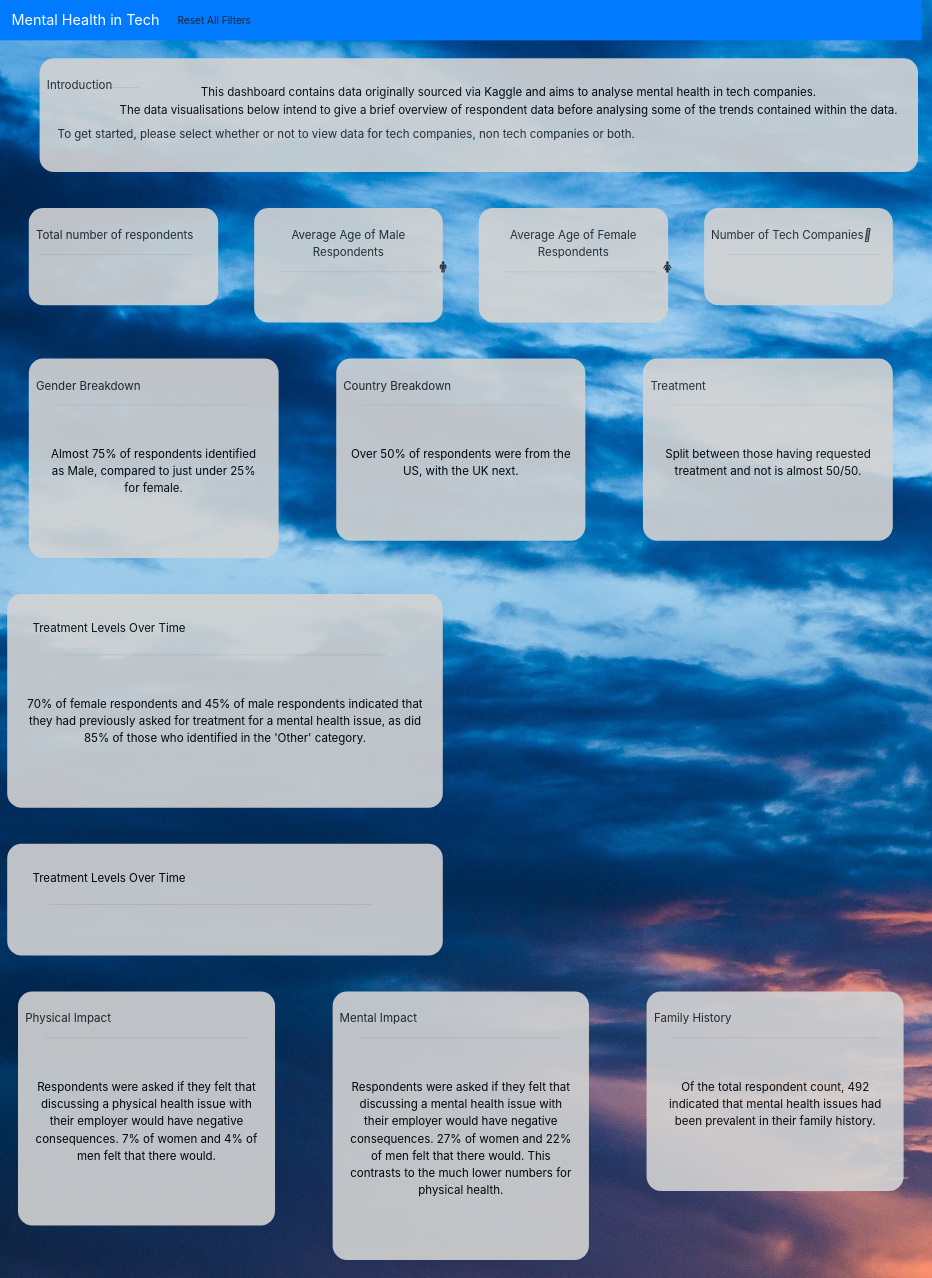
Repository: martingr1/mhdashboard
Page: index.html
The author's editor kept a record of every edit. The page is drawn from the files as they stood at one moment, then again after the next edit.
The browser window is 1280 px wide. The page is 1295 px wide, so the pictures cover 1295 px, including what lies to the right of the window. The pictures show the whole page, at 72% of full size.
Some web libraries are served in a nearby version.

Above is the page before.
Console error: SyntaxError: Function statements require a function name

### index.html
<html>

<head>

    <meta charset="UTF-8">
    <meta name="viewport" content="width=device-width, initial-scale=1.0">
    <meta http-equiv="X-UA-Compatible" content="ie=edge">
    <title>Mental Health in Tech</title>

    <link rel="stylesheet" href="https://stackpath.bootstrapcdn.com/bootstrap/4.3.1/css/bootstrap.min.css" integrity="sha384-ggOyR0iXCbMQv3Xipma34MD+dH/1fQ784/j6cY/iJTQUOhcWr7x9JvoRxT2MZw1T" crossorigin="anonymous">
    <link rel="stylesheet" href="static/css/dc.min.css" type="text/css" />
    <link rel="stylesheet" type="text/css" href="https://maxcdn.bootstrapcdn.com/font-awesome/4.7.0/css/font-awesome.min.css">
    <link rel="stylesheet" href="static/css/style.css" type="text/css" />


    <script type="text/javascript" src="static/js/d3.min.js"></script>
    <script type="text/javascript" src="static/js/crossfilter.min.js"></script>
    <script type="text/javascript" src="static/js/dc.min.js"></script>
    <script type="text/javascript" src="static/js/queue.min.js"></script>
    <script type="text/javascript" src="static/js/graph.js"></script>

</head>

<body class="background-image">

    <nav class="navbar navbar-expand-lg navbar-dark bg-primary">
        <a class="navbar-brand" href="#">Mental Health in Tech</a> <button id="reset_button" class="btn btn-sm btn-default">Reset<span class="hidden-xs"> All</span> Filters</button>
        </div>
    </nav>

    <section class="section container-fluid">
        <article class="article col-lg-12">
            <div class="row content-box">
                <div class="row">Introduction</div>
                <div>
                    <hr class="line">
                </div>
                <div class="row text-center">
                    <p class="chart-text">This dashboard contains data originally sourced via Kaggle and aims to analyse mental health in tech companies.<br> The data visualisations below intend to give a brief overview of respondent data before analysing some of the trends
                        contained within the data. </p>
                </div>
                <div class="" id="select_company">
                    <p class="">To get started, please select whether or not to view data for tech companies, non tech companies or both.</p>
                </div>
            </div>
        </article>
        <div class="row no-gutters">
            <article class="article col-xs-12 col-sm-6 col-lg-3">

                <div class="row no-gutters text-center">
                    <div class="row content-box">
                        <div class="row">
                            <div class="text-center">Total number of respondents</div>
                            <hr class="line">
                            <div class="row">
                                <div class="chart" id="respondents_display"></div>
                            </div>
                        </div>
                    </div>
                </div>
            </article>

            <article class="article col-xs-12 col-sm-6 col-lg-3">
                <div class="row no-gutters text-center">
                    <div class="row content-box">
                        <div class="row">
                            <div class="text-center">Average Age of Male Respondents</div>
                            <hr class="line">
                            <div class="row">
                                <i class="fa fa-male fa-gender" aria-hidden="true"></i>
                                <div class="age_display" id="average_age_male"></div>
                            </div>
                        </div>
                    </div>
                </div>
            </article>

            <article class="article col-xs-12 col-sm-6 col-lg-3">
                <div class="row no-gutters text-center">
                    <div class="row content-box">
                        <div class="row">
                            <div class="text-center">Average Age of Female Respondents</div>
                            <hr class="line">
                            <div class="row">
                                <i class="fa fa-female fa-gender" aria-hidden="true"></i>
                                <div class="age_display" id="average_age_gender"></div>
                            </div>
                        </div>
                    </div>
                </div>
            </article>

            <article class="article col-xs-12 col-sm-6 col-lg-3">
                <div class="row no-gutters text-center">
                    <div class="row content-box">
                        <div class="row">
                            <div class="text-center">Number of Tech Companies</div><i class="fas fa-microchip" aria-hidden="true"></i>
                            <hr class="line">
                            <div>
                                <p class="chart-text"></p>
                            </div>
                            <div class="row">
                                <div class="age_display" id="tech_display"></div>
                            </div>
                        </div>
                    </div>
                </div>
            </article>

            <div class="row">
                <article class="article col-xs-12 col-sm-6 col-lg-4">
                    <div class="row no-gutters text-center">
                        <div class="row content-box">
                            <div class="row">
                                <div class="text-center">Gender Breakdown</div>
                                <hr class="line">
                                <div>
                                    <p class="chart-text">Almost 75% of respondents identified as Male, compared to just under 25% for female.</p>
                                </div>
                                <div class="row">
                                    <div class="chart" id="gender_breakdown"></div>
                                </div>
                            </div>
                        </div>
                    </div>
                </article>

                <article class="article col-xs-12 col-sm-6 col-lg-4">
                    <div class="row no-gutters text-center">
                        <div class="row content-box">
                            <div class="row">
                                <div class="text-center">Country Breakdown</div>
                                <hr class="line">
                                <div>
                                    <p class="chart-text">Over 50% of respondents were from the US, with the UK next.</p>
                                </div>
                                <div class="row">
                                    <div class="chart" id="country_breakdown"></div>
                                </div>
                            </div>
                        </div>
                    </div>
                </article>

                <article class="article col-xs-12 col-sm-6 col-lg-4">
                    <div class="row no-gutters text-center">
                        <div class="row content-box">
                            <div class="row">
                                <div class="text-center">Treatment</div>
                                <hr class="line">
                                <div>
                                    <p class="chart-text">Split between those having requested treatment and not is almost 50/50.</p>
                                </div>
                                <div class="row">
                                    <div class="chart" id="treatment_chart"></div>
                                </div>
                            </div>
                        </div>
                    </div>
                </article>
            </div>

    </section>

    <div class="row">
        <article class="article col-sm-12 col-md-6">
            <div class="row text-center">
                <div class="row content-box">
                    <div class="row text-center chart-text">Treatment Levels Over Time</div>
                    <hr class="line">
                    <div class="row text-center">
                        <p class="chart-text">70% of female respondents and 45% of male respondents indicated that they had previously asked for
                        treatment for a mental health issue, as did 85% of those who identified in the 'Other' category. </p>
                    </div>
                    <div class="chart" id="treatment_by_gender"></div>
                </div>
            </div>
        </article>
    </div>

    <div class="row">
        <article class="article col-lg-6">
            <div class="row text-center">
                <div class="row content-box">
                    <div class="row text-center chart-text">Treatment Levels Over Time</div>
                    <hr class="line">
                    <div class="row text-center">
                        <p class="chart-text"> </p>
                    </div>
                    <div class="chart" id=""></div>
                </div>
            </div>
        </article>
    </div>

    <div class="row">
        <article class="article col-xs-12 col-sm-6 col-lg-4">
            <div class="row no-gutters text-center">
                <div class="row content-box">
                    <div class="row">
                        <div class="text-center">Physical Impact</div>
                        <hr class="line">
                        <div>
                            <p class="chart-text">Respondents were asked if they felt that discussing a physical health issue with their employer would have negative consequences. 7% of women and 4% of men felt that there would.</p>
                        </div>
                        <div class="row">
                            <div class="chart" id="physical_impact"></div>
                        </div>
                    </div>
                </div>
            </div>
        </article>

        <article class="article col-xs-12 col-sm-6 col-lg-4">
            <div class="row no-gutters text-center">
                <div class="row content-box">
                    <div class="row">
                        <div class="text-center">Mental Impact</div>
                        <hr class="line">
                        <div>
                            <p class="chart-text">Respondents were asked if they felt that discussing a mental health issue with their employer would have negative consequences. 27% of women and 22% of men felt that there would. This contrasts to the much lower numbers for
                                physical health.</p>
                        </div>
                        <div class="row">
                            <div class="chart" id="mental_impact"></div>
                        </div>
                    </div>
                </div>
            </div>
        </article>

        <article class="article col-xs-12 col-sm-6 col-lg-4">
            <div class="row no-gutters text-center">
                <div class="row content-box">
                    <div class="row">
                        <div class="text-center">Family History</div>
                        <hr class="line">
                        <div>
                            <p class="chart-text">Of the total respondent count, 492 indicated that mental health issues had been prevalent in their family history.</p>
                        </div>
                        <div class="row">
                            <div class="chart" id="family_history"></div>
                        </div>
                    </div>
                </div>
            </div>
        </article>
    </div>


    <script src="https://code.jquery.com/jquery-3.2.1.min.js" integrity="sha256-hwg4gsxgFZhOsEEamdOYGBf13FyQuiTwlAQgxVSNgt4=" crossorigin="anonymous"></script>
    <script type="text/javascript" src="static/js/scripts.js"></script>
</body>

</html>

### static/css/style.css
.background-image {
	background-image: url("static/images/clouds_sunset_sky_119785_3840x2400.jpg");
}

.content-box {
	box-sizing: border-box;
	border-radius: 20px;
	background-color: #D3D3D3;
	opacity: 0.9;
	display: flex;
	flex-wrap: wrap;
	width: 100%;
	height: auto;
	margin: 25px;
	padding: 25px;
}

.chart {
	height: auto;
	margin: 25px;
}

.chart-text {
	font-size: medium;
	color: black;
	margin: 10px;
}

.line {
	margin: 15px auto 15px;
	padding: 15px;
	color: #000000;
	width: 75%;
}

.country-pie {
	margin-left: 100px;
}

### static/js/graph.js
queue()
    .defer(d3.csv, "data/mhsurvey2.csv")
    .await(makeGraphs);

function makeGraphs(error, healthData) {

    var ndx = crossfilter(healthData);

    var parseDate = d3.time.format("%d/%m/%Y").parse;


    healthData.forEach(function(d) {
        d.age = parseInt(d.age);
        d.date = parseDate(d.date);
    })

    show_respondents(ndx);
    show_tech_companies(ndx);

    show_average_age_gender(ndx, "Female", "#average_age_gender");
    show_average_age_gender(ndx, "Male", "#average_age_male");

    show_select_company(ndx);
    show_gender_breakdown(ndx);
    show_country_breakdown(ndx);
    show_treatment_levels(ndx);

    show_treatment_by_gender(ndx);
    show_family_history(ndx);
    show_family_history_treatment(ndx);

    show_physical_impact(ndx);
    show_mental_impact(ndx);



    dc.renderAll();
}

function show_respondents(ndx) {

    var totalRecords = ndx.groupAll();

    dc.numberDisplay('#respondents_display')
        .formatNumber(d3.format(".0f"))
        .valueAccessor(function(d) { return d++ })
        .group(totalRecords);
}

function show_tech_companies(ndx) {

    var totalRecords = ndx.groupAll().reduce(

        function(p, v) {
            if (v.techcompany === 'Yes') {
                p.count++;
            }
            return p;
        },
        function(p, v) {
            if (v.techcompany === 'Yes') {
                p.count--;
            }
            return p;
        },

        function() {
            return { count: 0 };
        })

    dc.numberDisplay('#tech_display')
        .formatNumber(d3.format(".0f"))
        .valueAccessor(function(d) { return d.count; })
        .group(totalRecords);
}

function show_average_age_gender(ndx, gender, element) {

    var averageAgeByGender = ndx.groupAll().reduce(
        function(p, v) {
            p.count++;
            p.total += v.age;
            p.average = p.total / p.count;
            return p;
        },

        function(p, v) {
            p.count--;
            p.total -= v.age;
            p.average = p.total / p.count;
            return p;
        },

        function() {
            return { count: 0, total: 0, average: 0 };
        },
    );

    dc.numberDisplay(element)
        .formatNumber(d3.format(".0f"))
        .valueAccessor(function(d) {
            if (d.value == 0) {
                return 0;
            }
            else {
                return (d.average);
            }
        })
        .group(averageAgeByGender);
}


function show_select_company(ndx) {
    var dim = ndx.dimension(dc.pluck("techcompany"));
    var group = dim.group();

    dc.selectMenu("#select_company")
        .dimension(dim)
        .group(group);
}

function show_gender_breakdown(ndx) {

    var dim = ndx.dimension(dc.pluck("gender"));
    var group = dim.group();

    dc.pieChart('#gender_breakdown')
        .height(200)
        .radius(480)
        .transitionDuration(500)
        .dimension(dim)
        .group(group);
}

function show_country_breakdown(ndx) {

    var dim = ndx.dimension(dc.pluck("country"));
    var group = dim.group();

    dc.pieChart('#country_breakdown')
        .height(200)
        .radius(400)
        .transitionDuration(500)
        .legend(dc.legend().x(-5).y(20).itemHeight(10).gap(10))
        .dimension(dim)
        .group(group);
}

function show_treatment_levels(ndx) {

    var dim = ndx.dimension(dc.pluck("treatment"));
    var group = dim.group();

    dc.barChart('#treatment_chart')
        .width(300)
        .height(200)
        .margins({ top: 10, right: 50, bottom: 30, left: 50 })
        .dimension(dim)
        .group(group)
        .x(d3.scale.ordinal())
        .xUnits(dc.units.ordinal)
}

function show_treatment_timeline(ndx) {


    var date_dim = ndx.dimension(dc.pluck('date'));
    var total_treatment_per_date = date_dim.group().reduceSum(dc.pluck('treatment'));

    var minDate = date_dim.bottom(1)[0].date;
    var maxDate = date_dim.top(1)[0].date;

    dc.lineChart("#treatment_timeline")
        .width(1000)
        .height(300)
        .margins({ top: 10, right: 50, bottom: 30, left: 50 })
        .dimension(date_dim)
        .group(total_treatment_per_date)
        .valueAccessor(function(d) {
            if (d.value == 'No') {
                return 0;
            }
            else {
                return (d.value.treatment);
            }
        })
        .transitionDuration(500)
        .x(d3.time.scale().domain([minDate, maxDate]))
        .xAxisLabel("Year")
        .yAxis().ticks(4);
}


/* function(p, v) {

            if (v.techcompany === v.techcompany && v.techcompany === 'Yes') {
                p.count++;
            }
            return p;
        },
        function(p, v) {

            if (v.techcompany === v.techcompany && v.techcompany === 'No') {
                p.count--;
            }
            else {
                p.count++;
            }
            return p;
        },

        function() {
            return { count: 0 };
        }) */

function show_treatment_by_gender(ndx) {

    function genderTreatment(dimension, treatment) {

        return dimension.group().reduce(

            function(p, v) {
                p.total++;
                if (v.treatment == treatment) {
                    p.match++;
                }
                return p;
            },
            function(p, v) {
                p.total--;
                if (v.treatment == treatment) {
                    p.match--;
                }
                return p;
            },
            function() {
                return { total: 0, match: 0 };
            }
        );
    }

    var dim = ndx.dimension(dc.pluck("gender"));
    var treatYes = genderTreatment(dim, "Yes");
    var treatNo = genderTreatment(dim, "No");

    dc.barChart("#treatment_by_gender")
        .width(300)
        .height(300)
        .dimension(dim)
        .group(treatYes, "Yes")
        .stack(treatNo, "No")
        .valueAccessor(function(d) {
            if (d.value.total > 0) {
                return (d.value.match / d.value.total) * 100;
            }
            else {
                return 0;
            }
        })
        .x(d3.scale.ordinal())
        .xUnits(dc.units.ordinal)
        .legend(dc.legend().x(260).y(20).itemHeight(15).gap(5))
        .margins({ top: 10, right: 100, bottom: 30, left: 30 });
}


function show_family_history_treatment(ndx) {

    var treatment_dim = ndx.dimension(dc.pluck)("treatment");
    var family_history_group = treatment_dim.group().reduce(

        function(p,v) {

           function(p, v) {
            if (v.techcompany === 'Yes') {
                p.count++;
            }
            return p;
        },
        function(p, v) {
            if (v.techcompany === 'Yes') {
                p.count--;
            }
            return p;
        },

        function() {
            return { count: 0 };
        })

        })
}


function show_physical_impact(ndx) {

    function physicalImpactByGender(dimension, physhealthconsequence) {

        return dimension.group().reduce(

            function(p, v) {
                p.total++;
                if (v.physhealthconsequence == physhealthconsequence) {
                    p.match++;
                }
                return p;
            },
            function(p, v) {
                p.total--;
                if (v.physhealthconsequence == physhealthconsequence) {
                    p.match--;
                }
                return p;
            },
            function() {
                return { total: 0, match: 0 };
            }
        );
    }

    var dim = ndx.dimension(dc.pluck("gender"));
    var physYes = physicalImpactByGender(dim, "Yes");
    var physNo = physicalImpactByGender(dim, "No");
    var physMaybe = physicalImpactByGender(dim, "Maybe");

    dc.barChart("#physical_impact")
        .width(400)
        .height(300)
        .dimension(dim)
        .group(physYes, "Yes")
        .stack(physNo, "No")
        .stack(physMaybe, "Maybe")
        .valueAccessor(function(d) {
            if (d.value.total > 0) {
                return (d.value.match / d.value.total) * 100;
            }
            else {
                return 0;
            }
        })
        .x(d3.scale.ordinal())
        .xUnits(dc.units.ordinal)
        .legend(dc.legend().x(320).y(20).itemHeight(15).gap(5))
        .margins({ top: 10, right: 100, bottom: 30, left: 30 });
}

function show_mental_impact(ndx) {

    function mentalImpactByGender(dimension, mentalhealthconsequence) {

        return dimension.group().reduce(

            function(p, v) {
                p.total++;
                if (v.mentalhealthconsequence == mentalhealthconsequence) {
                    p.match++;
                }
                return p;
            },
            function(p, v) {
                p.total--;
                if (v.mentalhealthconsequence == mentalhealthconsequence) {
                    p.match--;
                }
                return p;
            },
            function() {
                return { total: 0, match: 0 };
            }
        );
    }

    var dim = ndx.dimension(dc.pluck("gender"));
    var mentYes = mentalImpactByGender(dim, "Yes");
    var mentNo = mentalImpactByGender(dim, "No");
    var mentMaybe = mentalImpactByGender(dim, "Maybe");

    dc.barChart("#mental_impact")
        .width(400)
        .height(300)
        .dimension(dim)
        .group(mentYes, "Yes")
        .stack(mentNo, "No")
        .stack(mentMaybe, "Maybe")
        .valueAccessor(function(d) {
            if (d.value.total > 0) {
                return (d.value.match / d.value.total) * 100;
            }
            else {
                return 0;
            }
        })
        .x(d3.scale.ordinal())
        .xUnits(dc.units.ordinal)
        .legend(dc.legend().x(320).y(20).itemHeight(15).gap(5))
        .margins({ top: 10, right: 100, bottom: 30, left: 30 });
}

function show_family_history(ndx) {

    var dim = ndx.dimension(dc.pluck("familyhistory"));
    var group = dim.group();

    dc.pieChart('#family_history')
        .height(200)
        .radius(480)
        .transitionDuration(500)
        .dimension(dim)
        .group(group);
}

### static/js/scripts.js
$('#reset_button').click(function() {
    dc.filterAll();
    dc.renderAll();
});

Loaded but not shown: static/css/dc.min.css (library); static/js/d3.min.js (library); static/js/crossfilter.min.js (library); static/js/dc.min.js (library); static/js/queue.min.js (common file)

After the next edit:
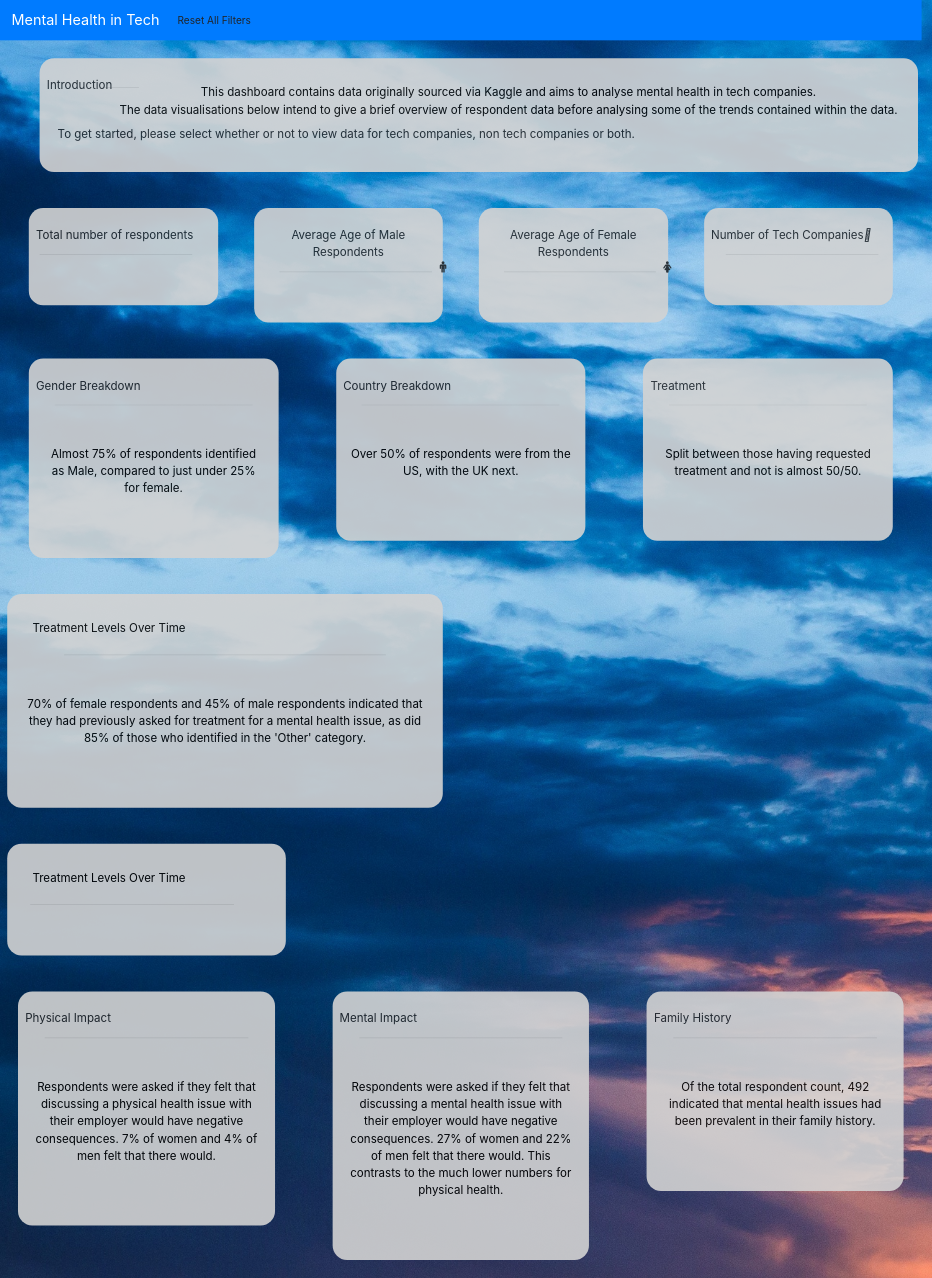
The edit:
--- a/index.html
+++ b/index.html
@@ -179,7 +179,7 @@
     </div>
 
     <div class="row">
-        <article class="article col-lg-6">
+        <article class="article col-sm-12 col-md-6 col-lg-4">
             <div class="row text-center">
                 <div class="row content-box">
                     <div class="row text-center chart-text">Treatment Levels Over Time</div>
